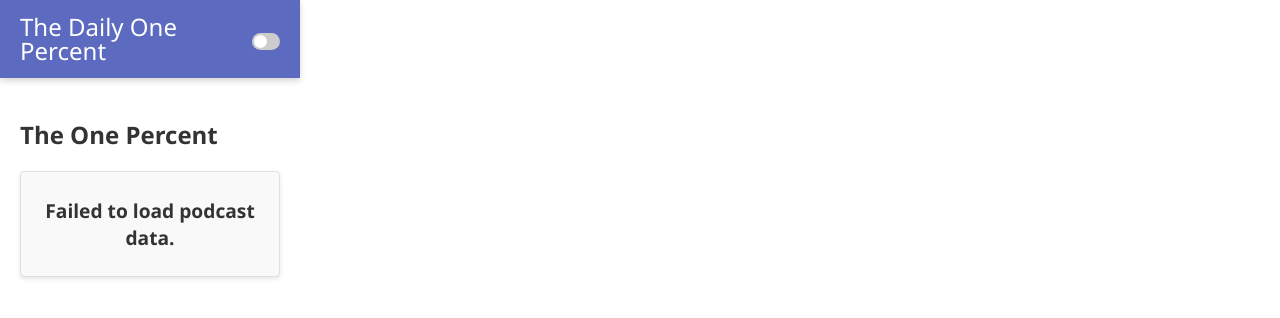
Repository: fechinmitchell/thedailyonepercent
Page: popup.html
The author's editor kept a copy of each file at every save. The page is drawn from the files as they stood at one save, then again after the next save.
The browser window is 1280 px wide. The pictures show the whole page.
The page's requests for data from a server got no answer.

Above is the page before, as saved 2023-12-22 11:08:33.

### popup.html
<!DOCTYPE html>
<html lang="en">
<head>
  <meta charset="UTF-8">
  <title>The Daily One Percent Extension</title>
  <link rel="stylesheet" type="text/css" href="popup.css">
</head>
<body>
  <!-- Header section with title and dark mode toggle -->
  <div class="header">
    <h1>The Daily One Percent</h1>
    <div class="toggle-switch">
      <input type="checkbox" id="dark-mode-checkbox" class="checkbox">
      <label class="slider round" for="dark-mode-checkbox"></label>
    </div>
  </div>

  <!-- Main content section -->
  <div class="content">
    <!-- Heading for the podcast points -->
    <h2 class="section-heading">The One Percent</h2>

    <!-- Podcast card content -->
    <div id="podcast-card">
      <!-- Podcast image -->
      <!-- Podcast title and points -->
      <div id="podcast"></div>
      <div id="podcast-points"></div>
    </div>
  </div>

  <script src="popup.js"></script>
</body>
</html>

### popup.css
/* General styles */
body {
  width: 300px;
  min-height: 300px;
  margin: 0;
  padding: 0;
  background-color: #fff;
  font-family: 'Segoe UI', Tahoma, Geneva, Verdana, sans-serif;
  color: #333;
  display: flex;
  flex-direction: column;
  border-radius: 8px;
  overflow: hidden;
}

/* Header styles */
.header {
  background-color: #5C6BC0; /* Pleasant purple header color */
  color: #fff;
  padding: 15px 20px;
  display: flex;
  justify-content: space-between; /* Align title and toggle switch */
  align-items: center; /* Align items vertically */
  box-shadow: 0 3px 6px rgba(0,0,0,0.16);
}

.header h1 {
  margin: 0;
  font-size: 1.5em;
  font-weight: normal;
  line-height: 1; /* Align with the toggle vertically */
}

/* Content area styles */
.content {
  padding: 20px;
  flex-grow: 1;
}

/* Podcast card styles */
#podcast-card {
  background-color: #f9f9f9;
  border: 1px solid #e0e0e0;
  border-radius: 4px;
  padding: 15px;
  text-align: center;
  box-shadow: 0 2px 4px rgba(0,0,0,0.1);
  margin-top: 10px;
}

#podcast-image {
  max-width: 100%;
  height: auto;
  border-radius: 4px;
  box-shadow: 0 2px 4px rgba(0,0,0,0.1);
  margin-bottom: 10px;
}

#podcast {
  font-size: 1.2em;
  color: #333;
  margin-top: 10px;
  font-weight: bold;
}

#podcast-points {
  font-size: 0.9em;
  color: #666;
  margin-top: 10px;
}

/* Toggle switch styles */
.toggle-switch {
  margin-left: auto; /* Pushes the toggle to the far right */
  width: 30px; /* Half the original width */
  height: 17px; /* Half the original height */
}

.checkbox {
  visibility: hidden;
}

.slider {
  position: relative;
  top: -20px;
  display: inline-block;
  width: 100%;
  height: 100%;
  background-color: #ccc;
  border-radius: 17px;
  transition: background-color 0.2s;
}

.slider:before {
  content: "";
  position: absolute;
  height: 13px; /* Half the original height */
  width: 13px; /* Half the original width */
  left: 2px;
  bottom: 2px;
  background-color: white;
  border-radius: 50%;
  transition: transform 0.2s;
}

.checkbox:checked + .slider {
  background-color: #2196F3;
}

.checkbox:checked + .slider:before {
  transform: translateX(13px); /* Half the original translation */
}

/* Dark mode specific styles */
.dark-mode {
  background-color: #263238;
  color: #B0BEC5;
}

.dark-mode .header {
  background-color: #37474F;
}

.dark-mode #podcast-card {
  background-color: #455A64;
  border-color: #546E7A;
}

.dark-mode #podcast-points {
  color: #CFD8DC;
}

### popup.js
// Function to toggle dark mode
function toggleDarkMode() {
    var body = document.body;
    body.classList.toggle('dark-mode'); // Toggle the .dark-mode class on the body

    // Save the current theme preference to local storage
    var isDarkMode = body.classList.contains('dark-mode');
    localStorage.setItem('theme', isDarkMode ? 'dark' : 'light');
  }

  // Set the initial theme on page load based on the saved preference
  document.addEventListener('DOMContentLoaded', function() {
    var darkModeCheckbox = document.getElementById('dark-mode-checkbox');
    var currentTheme = localStorage.getItem('theme');

    // Set the dark mode based on the saved setting
    if (currentTheme === 'dark') {
      document.body.classList.add('dark-mode');
      darkModeCheckbox.checked = true;
    }

    // Event listener for the dark mode toggle
    darkModeCheckbox.addEventListener('change', toggleDarkMode);

    // Fetch the podcast data and update the DOM
    var date = new Date();
    var dateString = date.toISOString().slice(0,10); // "YYYY-MM-DD"
    var podcastElement = document.getElementById('podcast');
    var podcastPointsElement = document.getElementById('podcast-points');

    fetch('https://raw.githubusercontent.com/fechinmitchell/thedailyonepercent/main/podcast-data.json')
      .then(response => response.json())
      .then(data => {
        var podcast = data[dateString];
        if (podcast && podcast.name && podcast.link && podcast.keyPoints) {
          var link = document.createElement('a');
          link.href = podcast.link;
          link.target = "_blank";
          link.innerText = podcast.name;
          podcastElement.appendChild(link);

          // Removed the line that sets the podcast image src
          podcastPointsElement.innerText = podcast.keyPoints;
        } else {
          podcastElement.innerText = 'No podcast for today.';
          // Removed the line that sets a placeholder image
        }
      })
      .catch(error => {
        console.error('Failed to parse podcast data', error);
        podcastElement.innerText = 'Failed to load podcast data.';
      });
  });

After the next save:
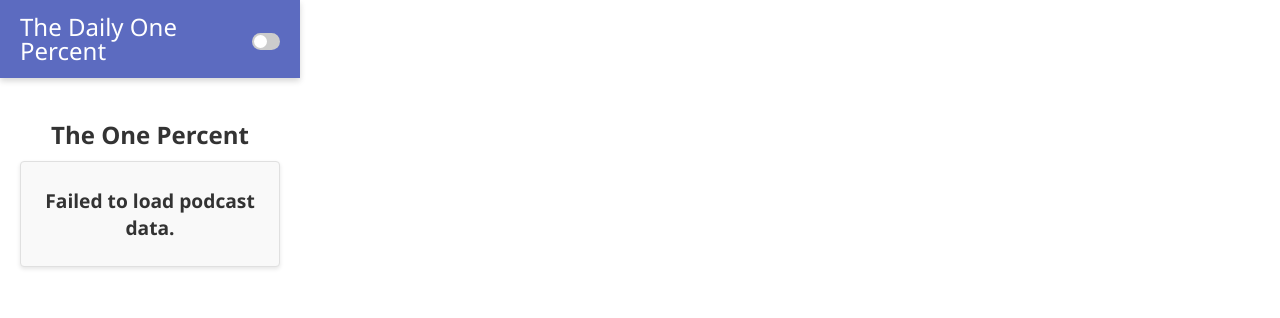
Saved 18 s later.
--- a/popup.css
+++ b/popup.css
@@ -129,3 +129,11 @@ body {
 .dark-mode #podcast-points {
   color: #CFD8DC;
 }
+
+.section-heading {
+  font-size: 1.5em;
+  color: #333;
+  margin-top: 20px;
+  margin-bottom: 10px;
+  text-align: center;
+}
